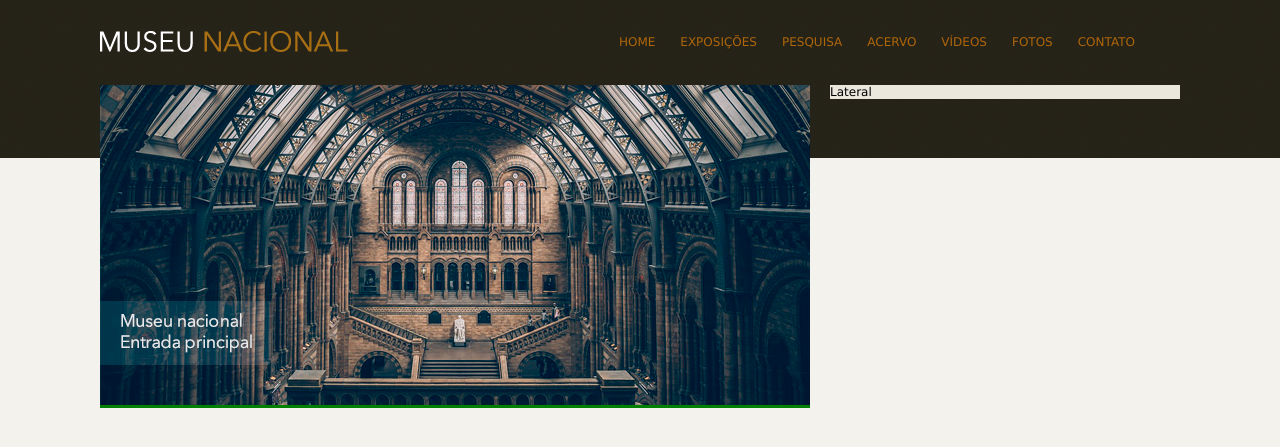
Repository: GustavoScopinho/Museu-Nacional
Page: index.html
The author's editor kept a copy of each file at every save. The page is drawn from the files as they stood at one save, then again after the next save.
The browser window is 1280 px wide. The pictures show the whole page.

Above is the page before, as saved 2022-07-05 01:02:54.

After the next save:
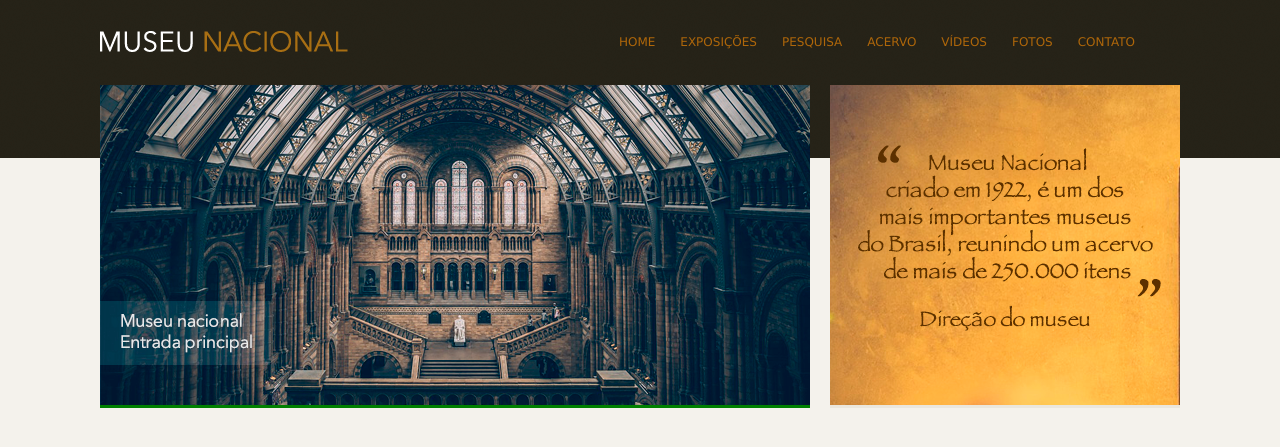
Saved 94 s later.
--- a/index.html
+++ b/index.html
@@ -28,16 +28,18 @@
           </ul>
         </nav>
       </header>
+
       <div id="principal">
         <div id="conteudo">
           <section id=" capa">
             <img src="img/museu.png">
-
           </section>
         </div>
       <aside>
-        Lateral
+        <section id="depoimento">
+          <img src="img/depoimento.png">
 
+        </section>
       </aside>
     </div>
     <!-- fim container -->
